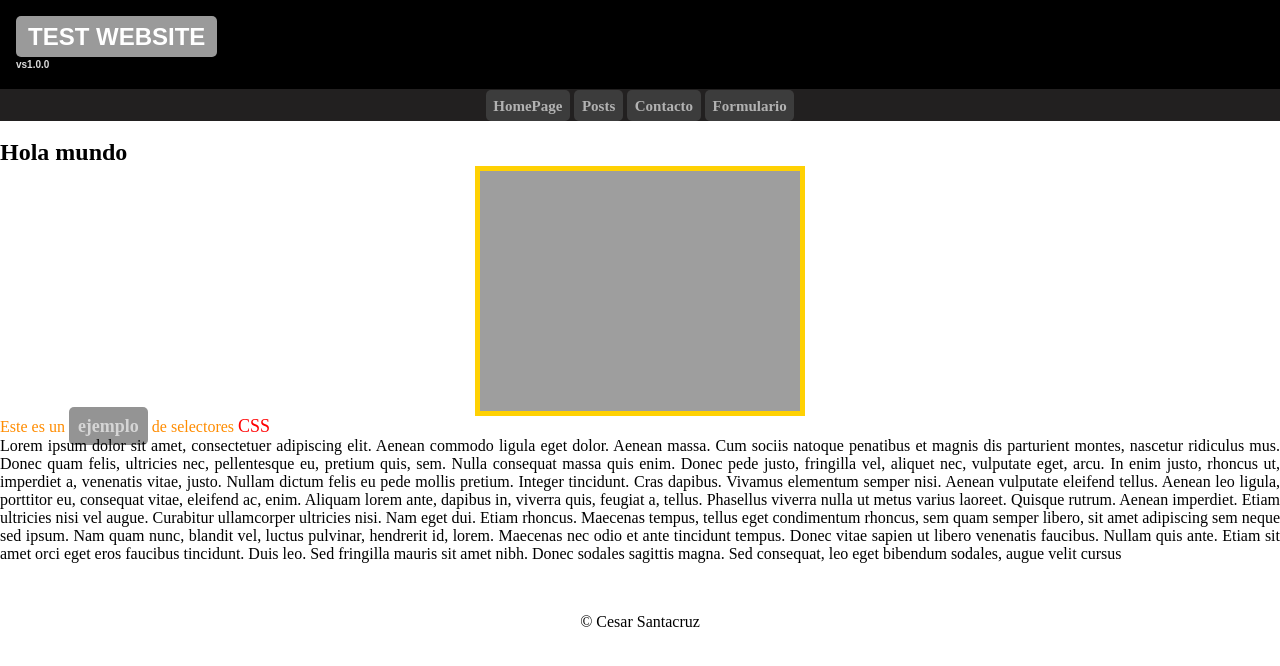
Repository: cesarsant0203/My_Study
Page: Introducción al desarrollo web/My Page 1/1.index.html
The author's editor kept a copy of each file at every save. The page is drawn from the files as they stood at one save, then again after a run of saves.
The browser window is 1280 px wide. The pictures show the whole page.
Pictures or frames that could not be fetched are drawn as grey boxes.

Above is the page before, as saved 2020-04-29 18:39:25.

### Introducción al desarrollo web/My Page 1/1.index.html
<!DOCTYPE html>
<html lang="es">

<head>
    <meta charset="utf-8" />
    <title> HomePage </title>
    <link href="1.index.css" rel="stylesheet" />
</head>

<body>
    <header><h1>
            <a id="header" href="1.index.html">TEST WEBSITE</a>
            </h1>
        <h4>vs1.0.0</h4>
    </header>
        <section id="navBar" class="box">
            <nav>
                <a href="1.index.html">HomePage</a>
                <a href="2.posts.html">Posts</a>
                <a href="3.contacto.html">Contacto</a>
                <a href="4.formulario.html">Formulario</a>
            </nav>
        </section>
    <br />
    <h2>Hola mundo</h2>
    <article id="holaMundo" class="box">

        <img src="https://estrenaweb.com/wp-content/uploads/2018/11/bestial.gif" title="gif" class="gif" />
    </article>
    <span id="mySpan">Este es un <a href="#" class="bold">ejemplo</a> de selectores</span>
    <span class="bold red">CSS</span>
    <p id="p1">Lorem ipsum dolor sit amet, consectetuer adipiscing elit. Aenean commodo ligula
        eget dolor. Aenean massa. Cum sociis natoque penatibus et magnis dis parturient montes, nascetur ridiculus mus.
        Donec quam felis, ultricies nec, pellentesque eu, pretium quis, sem. Nulla consequat massa quis enim. Donec pede
        justo, fringilla vel, aliquet nec, vulputate eget, arcu. In enim justo, rhoncus ut, imperdiet a, venenatis
        vitae,
        justo. Nullam dictum felis eu pede mollis pretium. Integer tincidunt. Cras dapibus. Vivamus elementum semper
        nisi.
        Aenean vulputate eleifend tellus. Aenean leo ligula, porttitor eu, consequat vitae, eleifend ac, enim. Aliquam
        lorem
        ante, dapibus in, viverra quis, feugiat a, tellus. Phasellus viverra nulla ut metus varius laoreet. Quisque
        rutrum.
        Aenean imperdiet. Etiam ultricies nisi vel augue. Curabitur ullamcorper ultricies nisi. Nam eget dui. Etiam
        rhoncus.
        Maecenas tempus, tellus eget condimentum rhoncus, sem quam semper libero, sit amet adipiscing sem neque sed
        ipsum.
        Nam quam nunc, blandit vel, luctus pulvinar, hendrerit id, lorem. Maecenas nec odio et ante tincidunt tempus.
        Donec
        vitae sapien ut libero venenatis faucibus. Nullam quis ante. Etiam sit amet orci eget eros faucibus tincidunt.
        Duis
        leo. Sed fringilla mauris sit amet nibh. Donec sodales sagittis magna. Sed consequat, leo eget bibendum sodales,
        augue velit cursus
    </p>

    <footer>
        &copy Cesar Santacruz
    </footer>
</body>


</html>

### Introducción al desarrollo web/My Page 1/1.index.css
* {
    margin: 0;
}
header {
    background: black;
    padding: 1em;
    box-sizing: border-box;
    margin: 0em;
}
a#header, h4 {
    background-color: inherit;
    box-sizing: border-box;
    margin-bottom: 1px;
}
a#header {
    font-family: Arial, Helvetica, sans-serif;
    line-height: 1.4;
    color: white;
    font-size: 24px;
    font-weight: bold;
    text-decoration: none;
    padding: 0.3em 0.5em;
    border-radius: 5px;
    background-color: rgba(255, 255, 255, 0.602);
    transition: background-color 1s linear;
    transition: color 1s linear
}
a#header:hover, input:hover, button:hover, a#header:focus, input:focus, button:focus {
    background-color: #fff;
    color: black;
}
a#header:focus, input:focus, button:focus {
    box-shadow: 0 0 0 3px rgba(0,0,0,0.25);
    outline: 0;
}
h4 {
    color: gainsboro;
    font-size: x-small;
    font-family: Arial, Helvetica, sans-serif;
    line-height: 1.4;
    margin-top: 4px;
}
a{
    box-sizing: border-box;
    margin-top: auto;
    font-size: 15px;
    font-weight: bold;
    color: rgba(255, 255, 255, 0.609);
    text-decoration: none;
    padding: 0.5em 0.5em;
    border-radius: 5px;
    background-color: rgba(78, 78, 78, 0.602);
    transition: color 1s linear;
}
a:hover, input:hover, button:hover, a:focus, input:focus, button:focus {
    color: #fff;
}
a:focus, input:focus, button:focus {
    box-shadow: 0 0 0 3px rgba(0,0,0,0.25);
    outline: 0;
}
a:link {
    text-decoration: none;
}

a:visited {
    text-decoration: none;
}
section#navBar{
    font-size: large;
    text-align: center;
    background-color: rgb(34, 32, 32);
    padding: 0.33em;
}









/*.clase*/
.box {
    background-color: none;
    color: aqua;
}

.bold {
    font-size: large;
}

.red {
    color: red;
}

/*-----------------------*/

/*#identificador*/
#holaMundo {
    color: rgb(49, 3, 255);
    text-align: center;
}

span#mySpan {
    color: darkorange;
}

/*-----------------------*/
div span {
    font-size: xx-large;
}

/*-----------------------*/

/* selector universal (*)*/


/*-----------------------*/

/*dos puntos:*/
a:link {
    text-decoration: none;
}

a:visited {
    text-decoration: none;
}

/*-----------------------*/

span#mundo {
    font-style: italic;
}
footer {
    position: relative;
    margin-top: 50px;
    text-align: center;
    height: 30px;
}
p#p1 {
    text-align: justify;
}
img.gif {
    width: 320px;
    height: 240px;
    border: rgb(255, 209, 3) 5px solid;
    border-collapse: collapse;
    display: block;
    margin: auto;
}

After the next 3 saves:
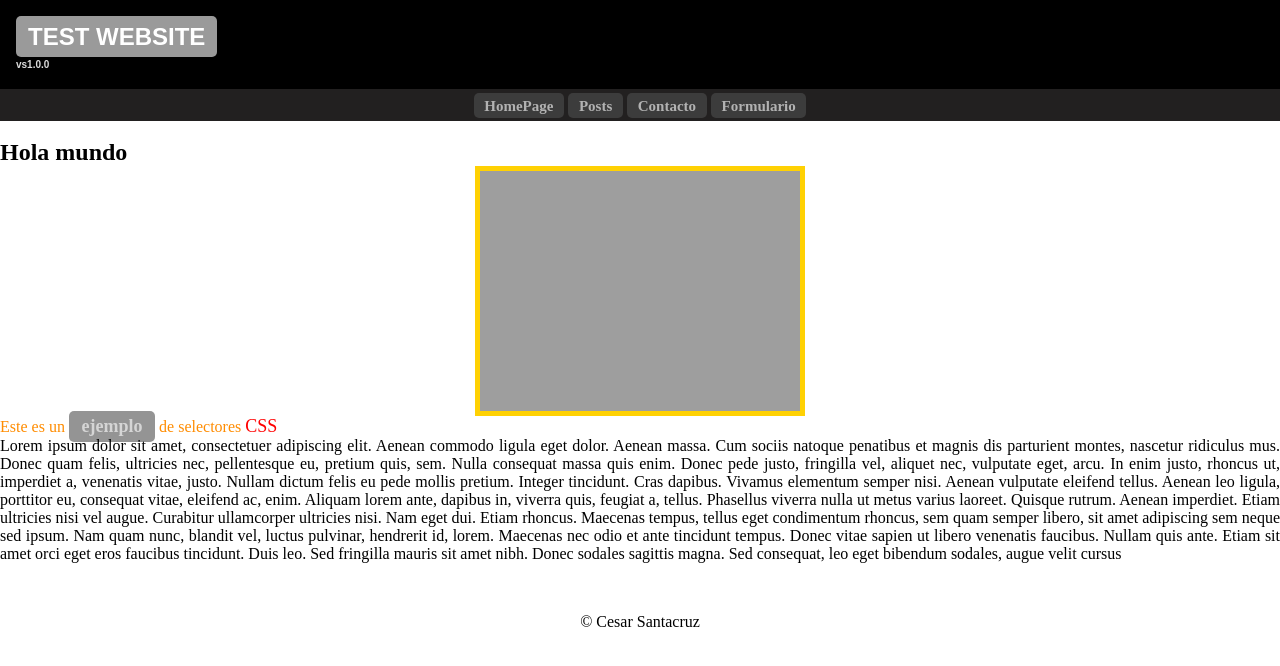
The 3 saves are shown as one change because they came seconds apart.
The last was saved 14 s later.
--- a/Introducción al desarrollo web/My Page 1/1.index.css
+++ b/Introducción al desarrollo web/My Page 1/1.index.css
@@ -47,7 +47,7 @@ a{
     font-weight: bold;
     color: rgba(255, 255, 255, 0.609);
     text-decoration: none;
-    padding: 0.5em 0.5em;
+    padding: 0.3em 0.7em;
     border-radius: 5px;
     background-color: rgba(78, 78, 78, 0.602);
     transition: color 1s linear;
